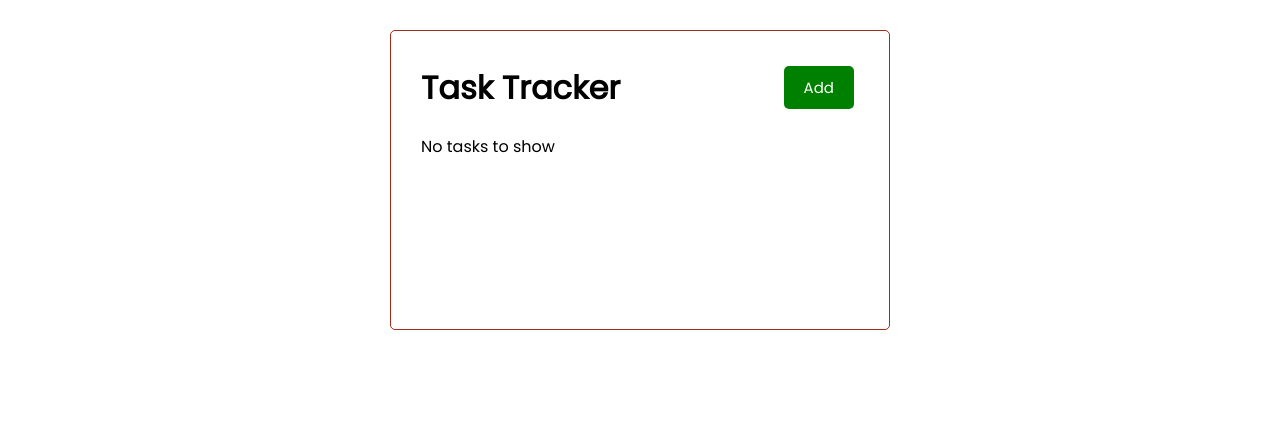
Repository: NIMRAH97/React-Strap-Test
Page: /
An editor plug-in stored every save of this project. The page is shown before and after the next save, followed by the edit.
The browser window is 1280 px wide. The pictures show the whole page.
The project was rebuilt for these pictures with package versions that can differ from the ones it lists, and the page was loaded fresh each time. Requests to the local data server were answered from the project's data file. Also part of the build but not shown: src/components/AddTask.js.

Above is the page before, as saved 2021-05-23 00:11:17.

### src/index.css
@import url('https://fonts.googleapis.com/css2?family=Poppins:wght@300;400&display=swap');

* {
  box-sizing: border-box;
  margin: 0;
  padding: 0;
}

body {
  font-family: 'Poppins', sans-serif;
}

.container {
  max-width: 500px;
  margin: 30px auto;
  overflow: auto;
  min-height: 300px;
  border: 1px solid rgb(165, 44, 23);
  padding: 30px;
  border-radius: 5px;
}

.header {
  display: flex;
  justify-content: space-between;
  align-items: center;
  margin-bottom: 20px;
}

.btn {
  display: inline-block;
  background: #000;
  color: #fff;
  border: none;
  padding: 10px 20px;
  margin: 5px;
  border-radius: 5px;
  cursor: pointer;
  text-decoration: none;
  font-size: 15px;
  font-family: inherit;
}

.btn:focus {
  outline: none;
}

.btn:active {
  transform: scale(0.98);
}

.btn-block {
  display: block;
  width: 100%;
}

.task {
  background: #90a2bd;
  margin: 5px;
  padding: 10px 20px;
  cursor: pointer;
}

.task.reminder {
  border-left: 5px solid green;
}

.task h3 {
  display: flex;
  align-items: center;
  justify-content: space-between;
}

.add-form {
  margin-bottom: 40px;
}

.form-control {
  margin: 20px 0;
}

.form-control label {
  display: block;
}

.form-control input {
  width: 100%;
  height: 40px;
  margin: 5px;
  padding: 3px 7px;
  font-size: 17px;
}

.form-control-check {
  display: flex;
  align-items: center;
  justify-content: space-between;
}

.form-control-check label {
  flex: 1;
}

.form-control-check input {
  flex: 2;
  height: 20px;
}

footer {
  margin-top: 30px;
  text-align: center;
}

### src/App.js
import { useEffect, useState } from 'react';
import AddTask from './components/AddTask';
import Header from './components/Header';
import Tasks from './components/Tasks';


const App = () => {
  const [showAddTask, setShowAddTask] = useState(false)
  const [tasks, setTasks] = useState([])

  useEffect(() => {
    const fetchTasks = async () => {
      const res = await fetch('http://localhost:5000/tasks')
      const data = await res.json()

      return data
    }
    fetchTasks()
  }, [])
  //add task
  const addTask = (task) => {
    const id = Math.floor(Math.random() * 10000) + 1
    const newTask = { id, ...task }
    setTasks([...tasks, newTask])
  }

  //delete task
  const deleteTask = (id) => {
    setTasks(tasks.filter(((task) => task.id !== id)))
  }
  //toggle reminder
  const toggleReminder = (id) => {
    setTasks(tasks.map((task) => task.id === id ? { ...task, reminder: !task.reminder } : task))

  }
  return (
    <div className='container'>
      <Header onAdd={() => setShowAddTask(!showAddTask)} showAdd={showAddTask} />
      {showAddTask && <AddTask onAdd={addTask} />}
      {tasks.length > 0 ? (<Tasks tasks={tasks} onDelete={deleteTask} onToggle={toggleReminder} />) :
        ('No tasks to show')}

    </div>
  )
}

export default App;

### src/components/Header.js
import PropTypes from 'prop-types'
import Button from './Button'
const Header = ({ title, onAdd, showAdd }) => {

  return (
    <header className="header">
      <h1>{title}</h1>
      <Button color={showAdd ? 'red' : 'green'} text={showAdd ? 'Close' : 'Add'} onClick={onAdd} />
    </header>
  )
}

Header.defaultProps = {
  title: "Task Tracker",
}
Header.propTypes = {
  title: PropTypes.string.isRequired,
}
export default Header

### src/components/Button.js
import PropTypes from 'prop-types'

const Button = ({ color, text, onClick }) => {

    return <button onClick={onClick} style={{ backgroundColor: color }} className='btn'>{text}</button>
}

Button.defaultProps = {
    color: 'steelBlue',
}
Button.propTypes = {
    text: PropTypes.string,
    color: PropTypes.string,
    onClick: PropTypes.func,
}

export default Button

### db.json
{
  "tasks": [
    {
      "id": 1,
      "text": "Standup meeting",
      "day": "23rd May, 2021",
      "reminder": true
    },
    {
      "id": 2,
      "text": "Shopping",
      "day": "24th May, 2021",
      "reminder": true
    },
    {
      "id": 3,
      "text": "Dentist Appointment",
      "day": "3rd June, 2021",
      "reminder": false
    }
  ]
}

### src/components/Tasks.js
import Task from './Task'
const Tasks = ({ tasks, onDelete, onToggle }) => {
  return (
    <>
      {tasks.map((task) => (
        <Task key={task.id} task={task} onDelete={onDelete} onToggle={onToggle} />
      ))}
    </>
  )
}

export default Tasks

### src/components/Task.js
import { FaTimes } from 'react-icons/fa'
const Task = ({ task, onDelete, onToggle }) => {
  return (
    <div className={`task ${task.reminder ? 'reminder' : ''}`} onDoubleClick={() => onToggle(task.id)}>
      <h3>
        {task.text}<FaTimes style={{ color: 'red', cursor: 'pointer' }} onClick={() => onDelete(task.id)} />
      </h3>
      <p>{task.day}</p>

    </div>
  )
}

export default Task

Loaded but not shown: public/index.html (common file); src/index.js (common file); src/reportWebVitals.js (common file)

After the next save:
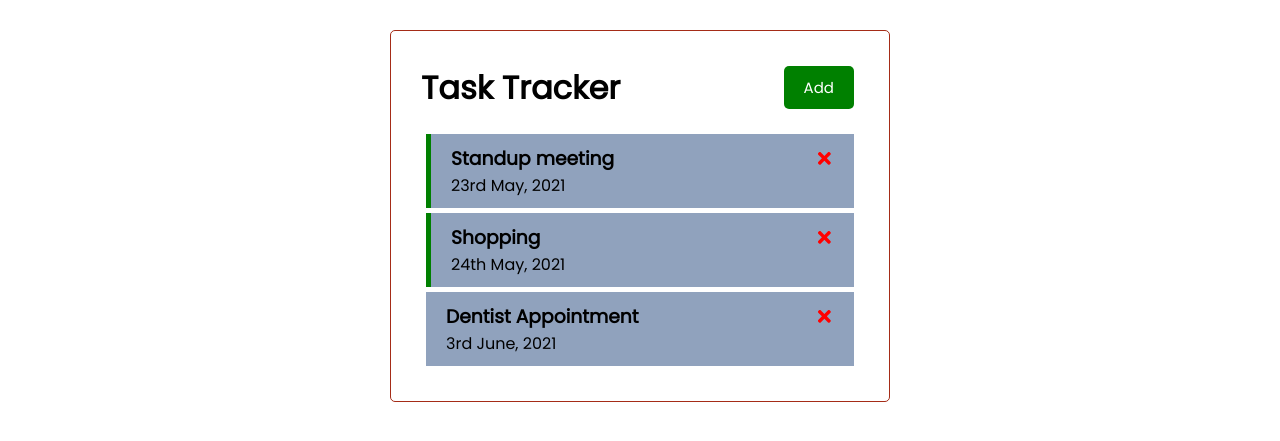
Saved 5 min 41 s later.
--- a/src/App.js
+++ b/src/App.js
@@ -9,14 +9,20 @@ const App = () => {
   const [tasks, setTasks] = useState([])
 
   useEffect(() => {
-    const fetchTasks = async () => {
-      const res = await fetch('http://localhost:5000/tasks')
-      const data = await res.json()
+    const getTasks = async () => {
+      const tasksFromServer = await fetchTasks()
+      setTasks(tasksFromServer)
+    }
+    getTasks()
+  }, [])
 
-      return data
-    }
-    fetchTasks()
-  }, [])
+  //fetch data from server
+  const fetchTasks = async () => {
+    const res = await fetch('http://localhost:5000/tasks')
+    const data = await res.json()
+
+    return data
+  }
   //add task
   const addTask = (task) => {
     const id = Math.floor(Math.random() * 10000) + 1
